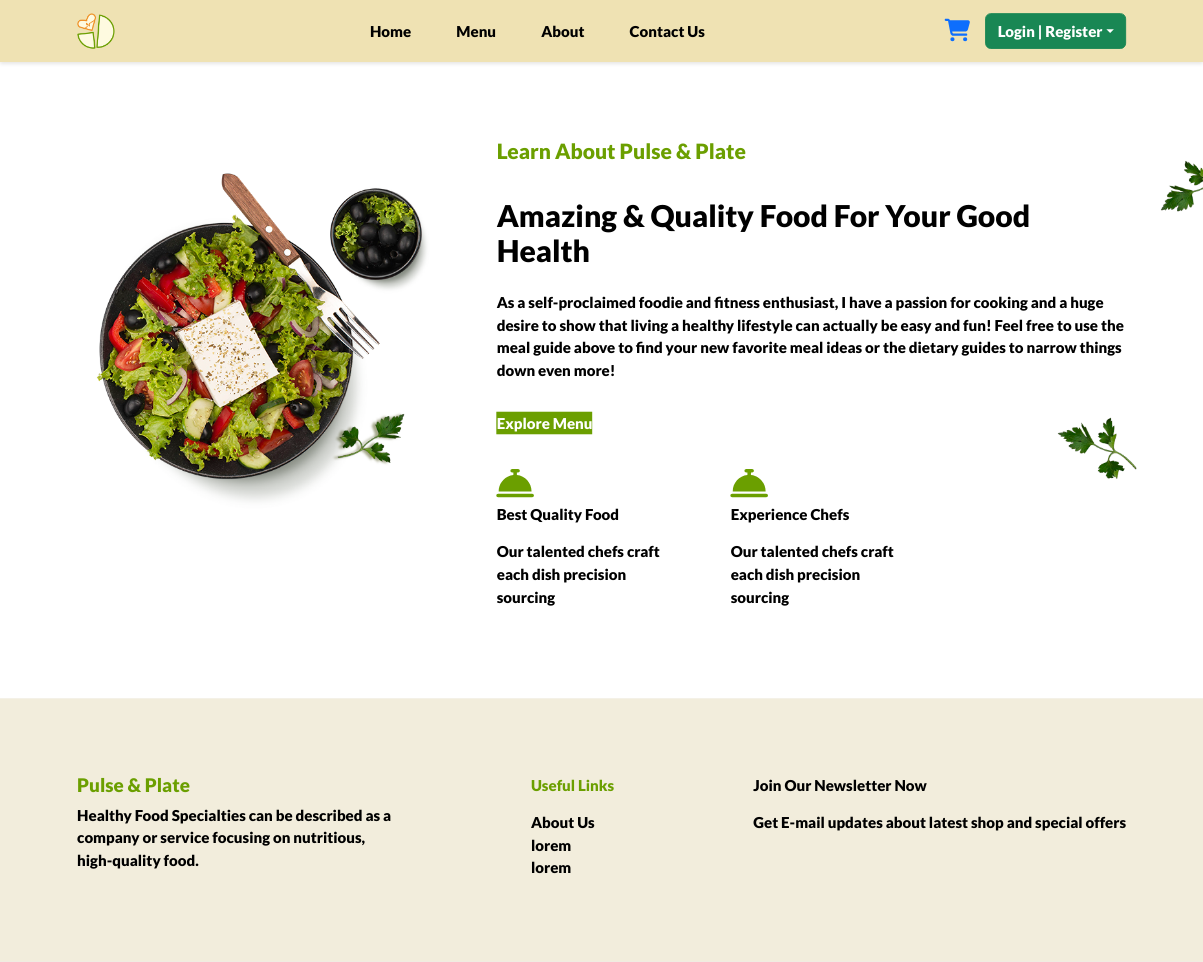
Repository: zeinawady/Pulse-and-Plate
Page: /about
An editor plug-in stored every save of this project. The page is shown before and after the next save, followed by the edit.
The browser window is 1280 px wide. The pictures show the whole page, at 94% of full size.
The project was rebuilt for these pictures with package versions that can differ from the ones it lists, and the page was loaded fresh each time. Also part of the build but not shown: src/components/Main/Main.js, src/components/Menu/MealCard.css, src/components/Menu/MealCard.js, src/components/Menu/Categories.css, src/components/Menu/Categories.js, src/components/Menu/Menu.css, src/components/Menu/Menu.js, src/components/WhyChooseUs/WhyChooseUs.css and 18 more. Imported but missing from the stored project, and not drawn on this page: src/components/AdminProfile/AdminProfile, src/components/PaymentPage/PaymentPage.

Above is the page before, as saved 2025-05-16 22:41:44.

After the next save:
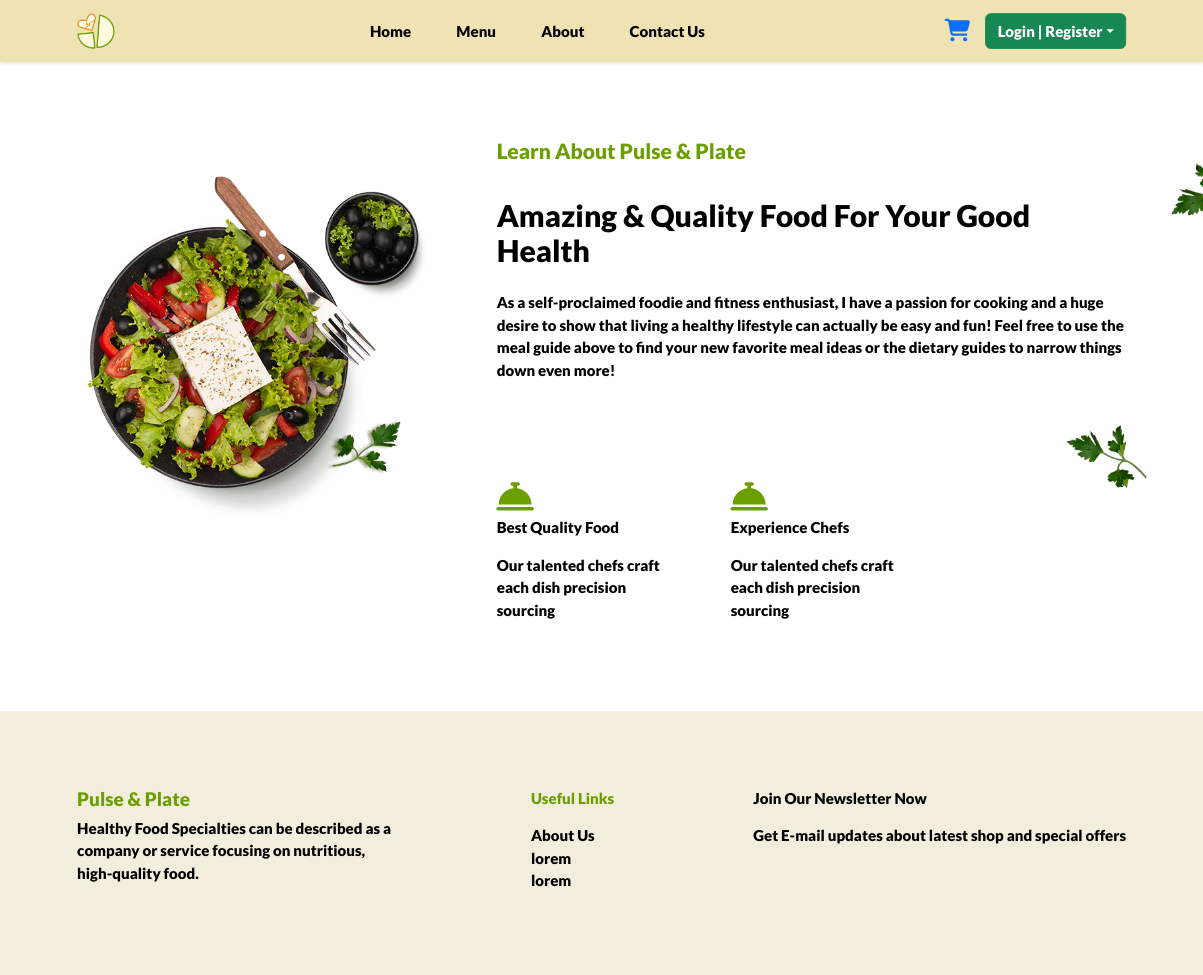
Saved 30 s later.
--- a/src/components/About/About.js
+++ b/src/components/About/About.js
@@ -19,7 +19,7 @@ export default function About() {
             guides to narrow things down even more!
           </p>
           <div className="buttons">
-            <Link to="/menu" className="custom-btn text-decoration-none text-white">Explore Menu</Link>
+            <Link to="/menu" className="btn text-decoration-none text-white">Explore Menu</Link>
           </div>
           <div className="icons">
             <div className="icon">
